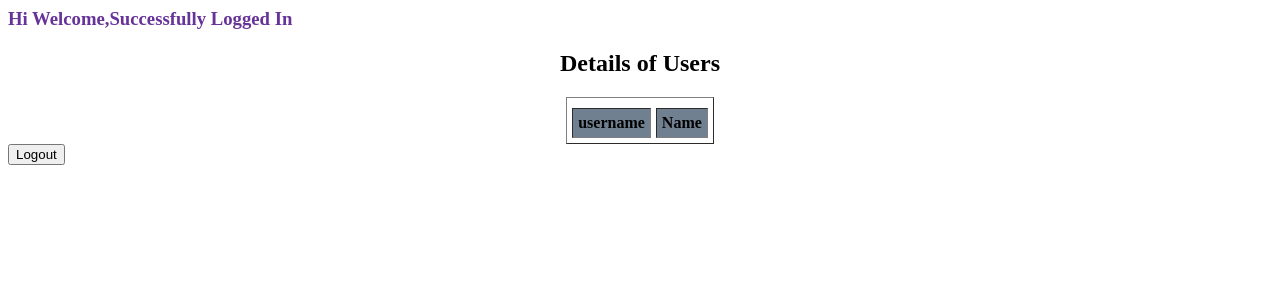
Repository: Pramila0526/LoginRegistrationUsingFilters
Page: http://localhost/LoginAndRegistration/usersList.jsp
An editor plug-in stored every save of this project. The page is shown before and after the next save, followed by the edit.
The browser window is 1280 px wide. The pictures show the whole page.
The page is served by Tomcat 9. Queries for data that is not in the repository find no rows.

Above is the page before, as saved 2019-12-27 05:47:36.

After the next save:
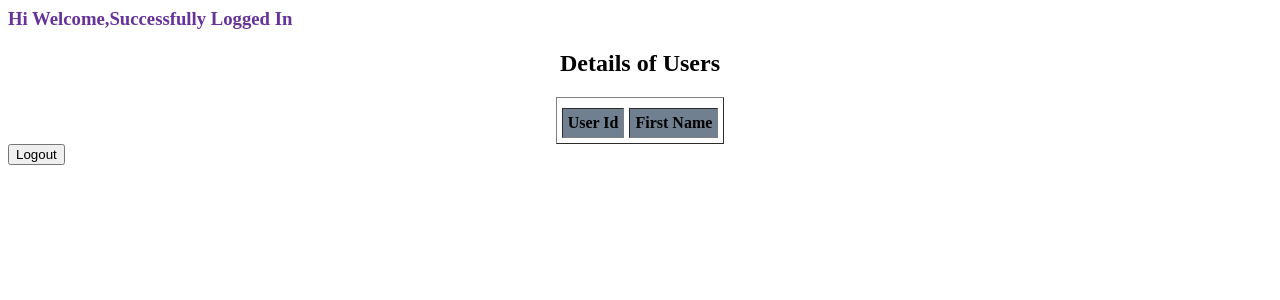
Saved 87 s later.
--- a/LoginAndRegistration/WebContent/usersList.jsp
+++ b/LoginAndRegistration/WebContent/usersList.jsp
@@ -28,8 +28,8 @@
 		</tr>
 		<tr bgcolor=slategray>
 
-			<td><b>username</b></td>
-			<td><b>Name</b></td>
+			<td><b>User Id</b></td>
+			<td><b>First Name</b></td>
 
 		</tr>
 		<%
